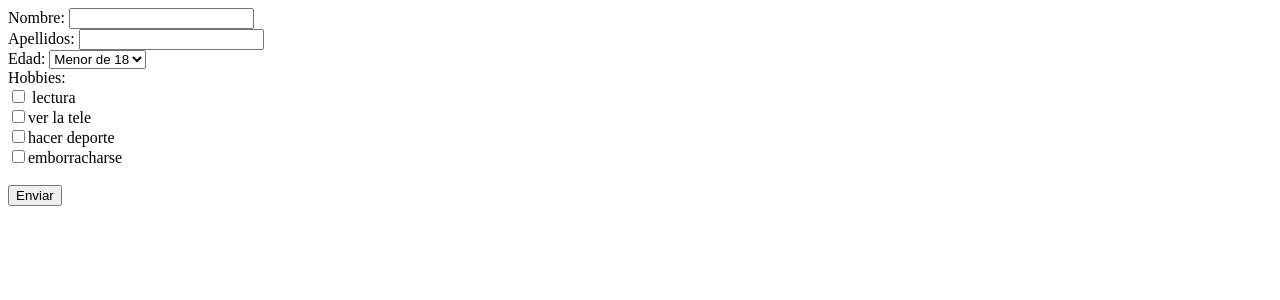
Repository: marta-moran/javaEE
Page: primerosServlets/src/main/webapp/formularioAvanzado.html
An editor plug-in stored every save of this project. The page is shown before and after the next save, followed by the edit.
The browser window is 1280 px wide. The pictures show the whole page.

Above is the page before, as saved 2022-01-24 19:36:58.

### primerosServlets/src/main/webapp/formularioAvanzado.html
<!DOCTYPE html>
<html>
<head>
<meta charset="ISO-8859-1">
<title>Insert title here</title>
</head>
<body>
<form method="post" action="FormAvanzado" name="datos">
Nombre: <input name="nombre"><br>
Apellidos: <input name="apellidos"><br>
Edad:
<select name="edad"><option>Menor de 18</option><option>De 18 a 30</option><option>De 30 a 55</option><option>Mayor de 55</option></select>
<br>
Hobbies:<br>
<input name="hobbies" value="lectura" type="checkbox">
lectura<br>
<input name="hobbies" value="tele" type="checkbox">ver
la tele<br>
<input name="hobbies" value="deporte" type="checkbox">hacer
deporte<br>
<input name="hobbies" value="emborracharse" type="checkbox">emborracharse<br>
<br>
<button>Enviar</button></form>
</body>
</html>

After the next save:
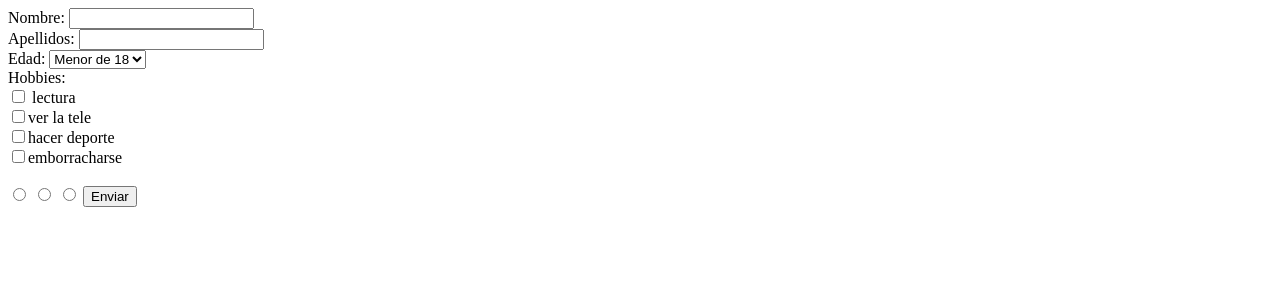
Saved 3 min 18 s later.
--- a/primerosServlets/src/main/webapp/formularioAvanzado.html
+++ b/primerosServlets/src/main/webapp/formularioAvanzado.html
@@ -20,6 +20,9 @@ la tele<br>
 deporte<br>
 <input name="hobbies" value="emborracharse" type="checkbox">emborracharse<br>
 <br>
+<input type="radio" name= "sexo" value = "Mujer">
+<input type="radio" name= "sexo" value = "Hombre">
+<input type="radio" name= "sexo" value = "NB">
 <button>Enviar</button></form>
 </body>
 </html>
